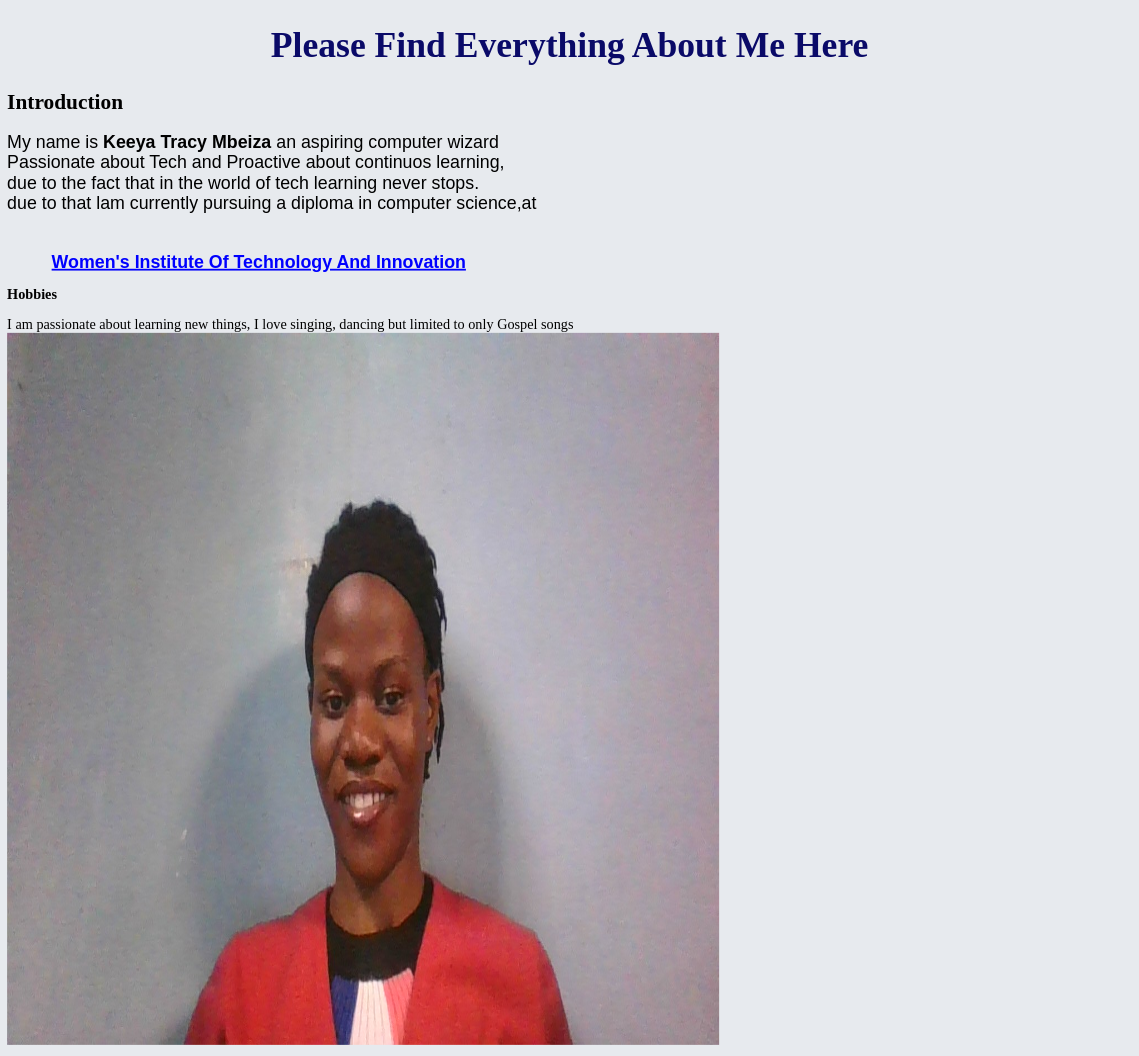
Repository: tracykeeya/my_first_web
Page: index.html
These files come from the project's save history. The page is drawn as it stood at one moment and after the next save; the edit follows.
The browser window is 1280 px wide. The pictures show the whole page, at 89% of full size.

Above is the page before, as saved 2025-11-03 11:29:39.

### index.html
<!DOCTYPE html>
<html lang="en">
<head>
    <meta charset="UTF-8">
    <meta name="viewport" content="width=device-width, initial-scale=1.0">
    <title>My First Web Page</title>
</head>
<body style="background-color: rgb(231, 234, 238)" font-family="Arial, Helvetica, sans-serif" margin: 40px; color: #333;>
    <h1 style="text-align: center; color: rgb(10, 10, 104); font-size: 40px; ">Please Find Everything About Me Here</h1>
    <h2>Introduction</h2>

    <p style="font-size: 20px; font-family: Arial, Helvetica, sans-serif; text-align: left; color: rgb(0, 0, 0)">My name is<strong> Keeya Tracy Mbeiza</strong> an aspiring computer wizard<br>Passionate about Tech and Proactive about continuos learning,<br> due to the fact that in the world of tech learning never stops.<br> due to that lam currently pursuing a diploma in computer science,at<br>
        </br></p>
    <a href="https://www.witi.ac.ug/" style="position: relative; left: 50px; color: rgb(0, 0, 255); font-size: 20px; font-family: Arial, Helvetica, sans-serif"><b> Women's Institute Of Technology And Innovation</b></a>

    <p><b>Hobbies</b></p>
    I am passionate about learning new things,
    I love singing, dancing but limited to only Gospel songs


    <!-- <img src="https://www.witi.ac.ug/wp-content/uploads/2020/08/WhatsApp-Image-2020-08-14-at-11.16.16-AM.jpeg" alt=""> -->
    <img src="/Tracy.jpg " alt="" width="800" height="800";>

</body>
</html>

After the next save:
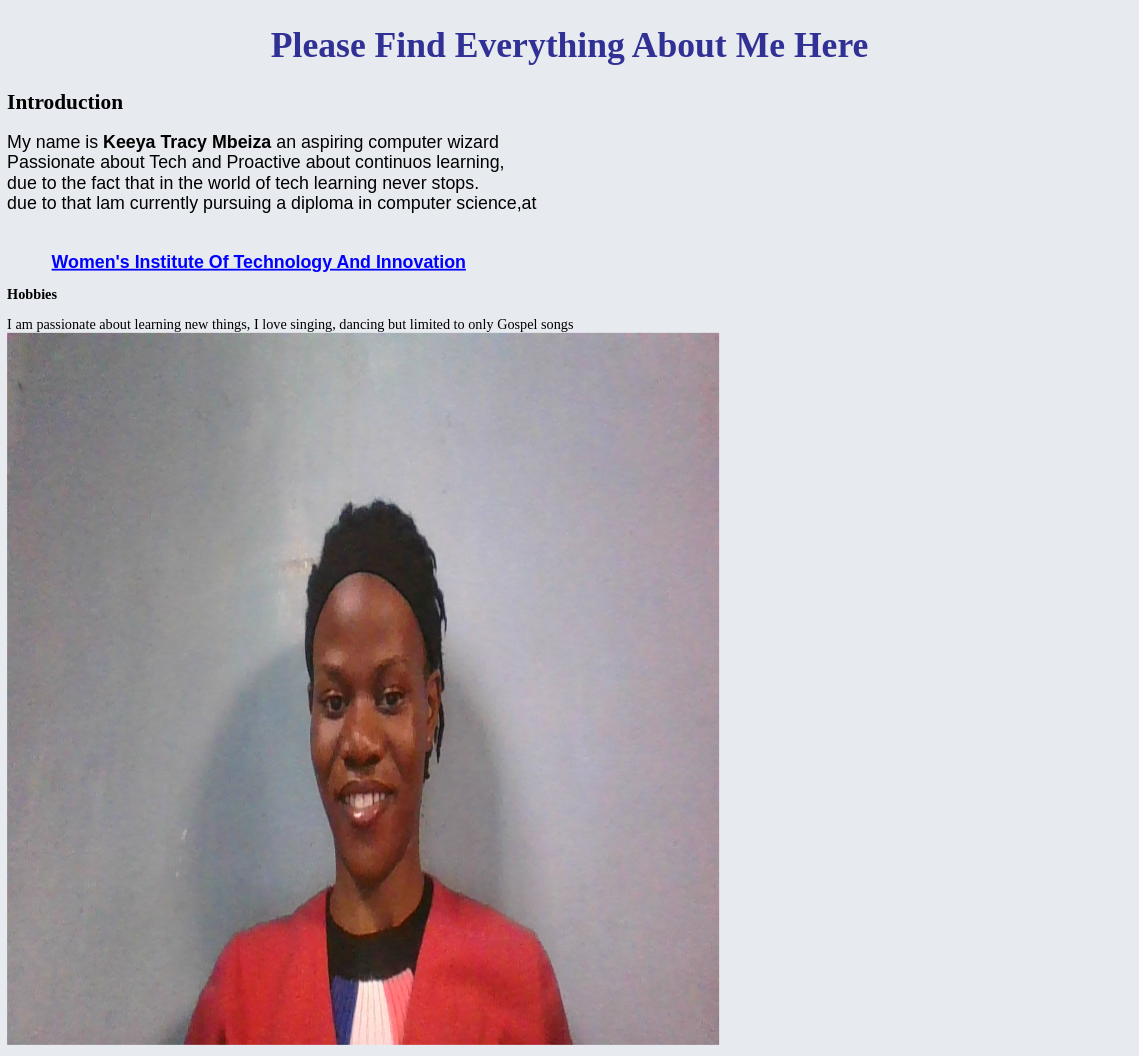
Saved 4 s later.
--- a/index.html
+++ b/index.html
@@ -6,7 +6,7 @@
     <title>My First Web Page</title>
 </head>
 <body style="background-color: rgb(231, 234, 238)" font-family="Arial, Helvetica, sans-serif" margin: 40px; color: #333;>
-    <h1 style="text-align: center; color: rgb(10, 10, 104); font-size: 40px; ">Please Find Everything About Me Here</h1>
+    <h1 style="text-align: center; color: rgb(48, 48, 149); font-size: 40px; ">Please Find Everything About Me Here</h1>
     <h2>Introduction</h2>
 
     <p style="font-size: 20px; font-family: Arial, Helvetica, sans-serif; text-align: left; color: rgb(0, 0, 0)">My name is<strong> Keeya Tracy Mbeiza</strong> an aspiring computer wizard<br>Passionate about Tech and Proactive about continuos learning,<br> due to the fact that in the world of tech learning never stops.<br> due to that lam currently pursuing a diploma in computer science,at<br>
